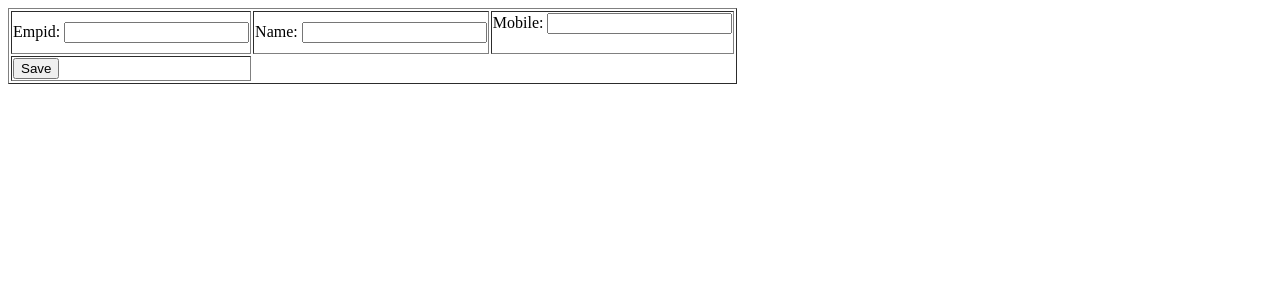
Repository: Suknaina/Repo
Page: MockServlet/src/main/webapp/Home.html
These files come from the project's save history. The page is drawn as it stood at one moment and after the next save; the edit follows.
The browser window is 1280 px wide. The pictures show the whole page.

Above is the page before, as saved 2023-05-23 17:08:16.

After the next save:
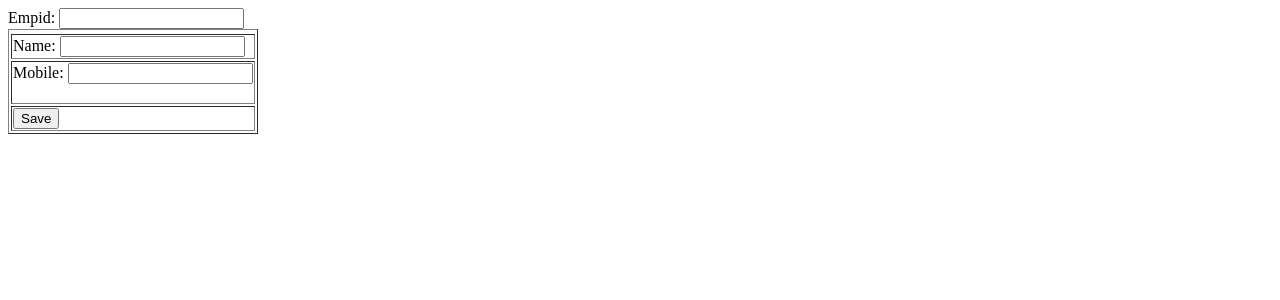
Saved 18 s later.
--- a/MockServlet/src/main/webapp/Home.html
+++ b/MockServlet/src/main/webapp/Home.html
@@ -9,12 +9,14 @@
 	<table border="1px">
 		<form action="" method="post">
 			<tr>
-				<td>Empid: <input type="number" name="empid"><br>
-				</td>
+				Empid: <input type="number" name="empid"><br>
 
+			</tr>
+			<tr>
 				<td>Name: <input type="text" name="name"><br>
 				</td>
-
+			</tr>
+			<tr>
 				<td>Mobile: <input type="number" name="mobile"><br>
 				<br>
 				</td>
